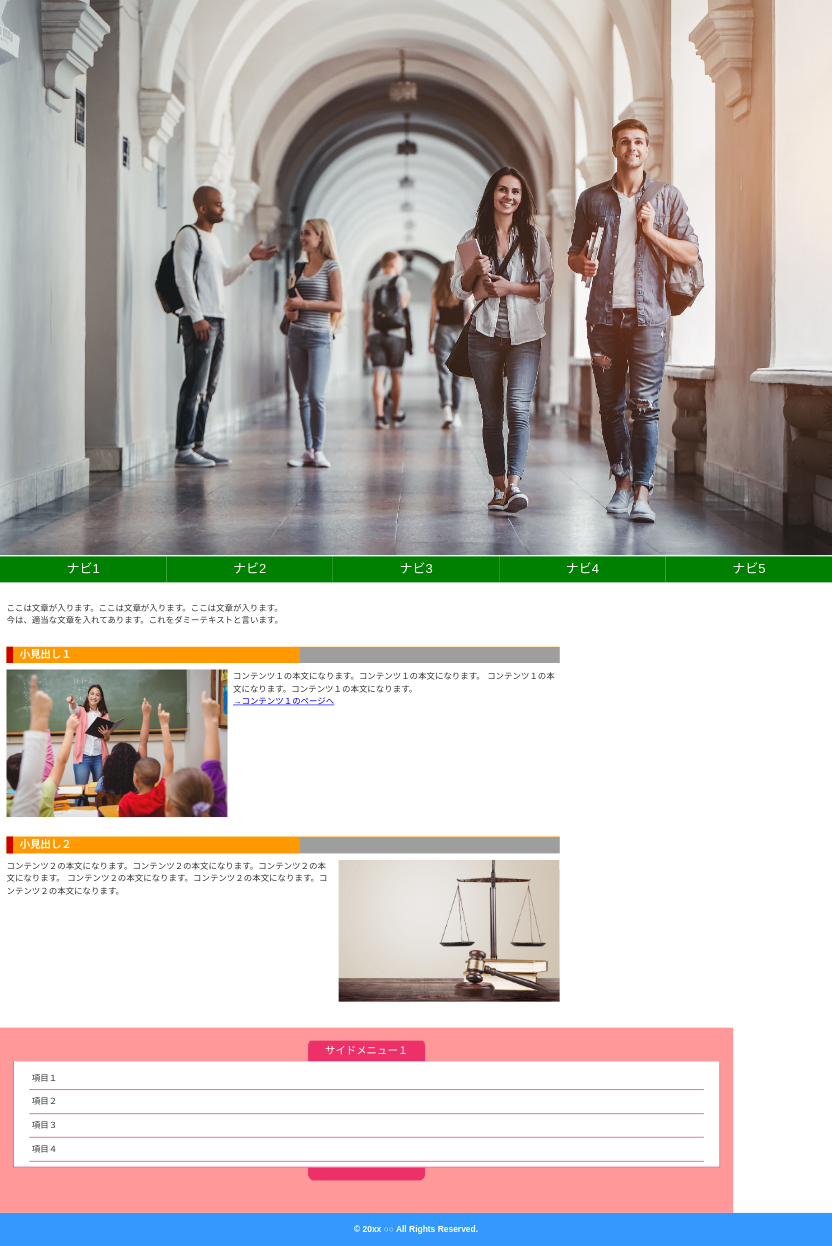
Repository: yachiyoryusei/samurai_HTML-CSS
Page: home.html
The author's editor kept a record of every edit. The page is drawn from the files as they stood at one moment, then again after the next edit.
The browser window is 1280 px wide. The pictures show the whole page, at 65% of full size.
Pictures or frames that could not be fetched are drawn as grey boxes.

Above is the page before.

After the next edit:
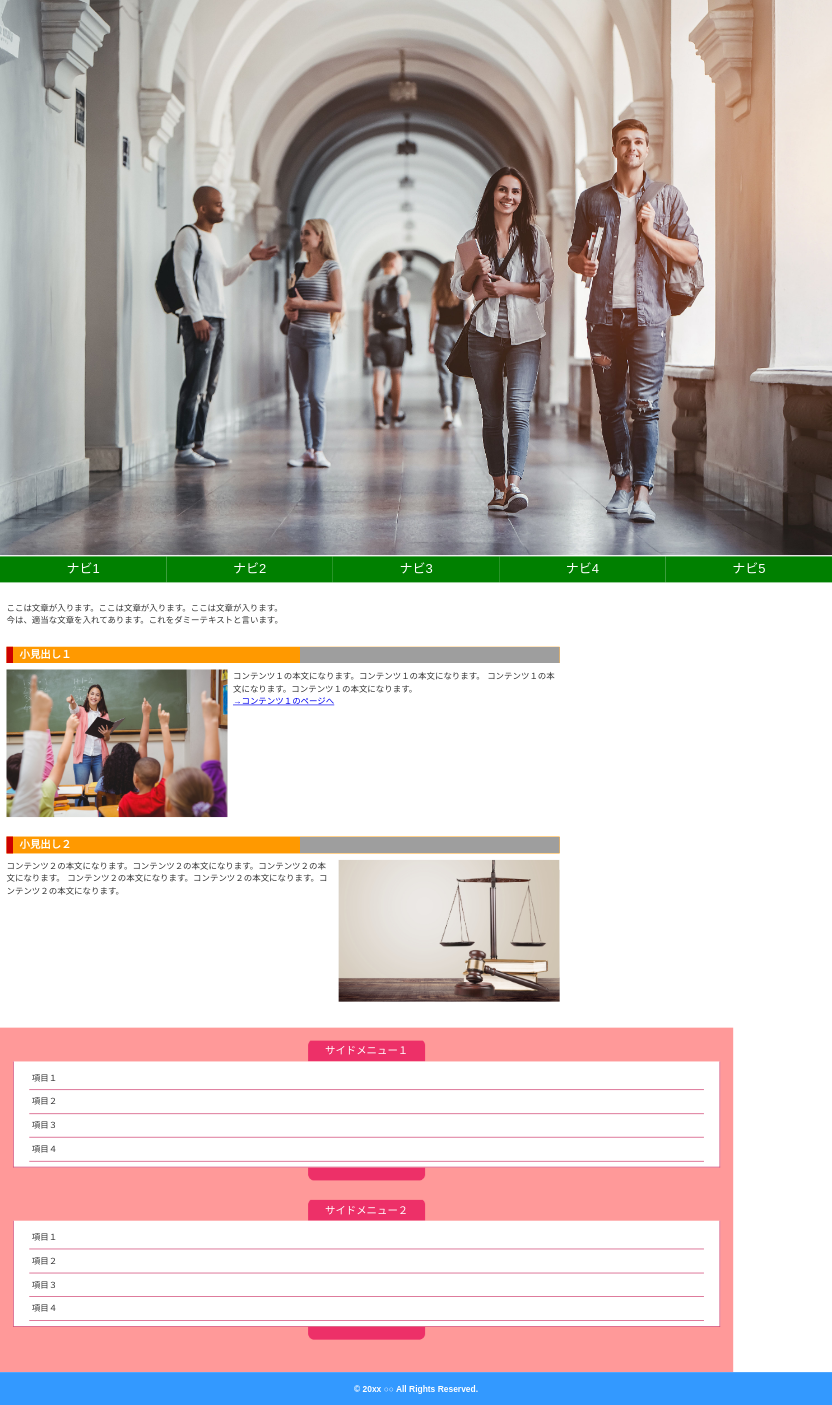
The edit:
--- a/home.html
+++ b/home.html
@@ -60,6 +60,17 @@
                         </ul>
                     </div>
                 </div>
+                <div class="box">
+                    <h2>サイドメニュー２</h2>
+                    <div class="boxBody">
+                        <ul>
+                            <li>項目１</li>
+                            <li>項目２</li>
+                            <li>項目３</li>
+                            <li>項目４</li>
+                        </ul>
+                    </div>
+                </div>
             </div>
         </div>
         <div id="footer">
